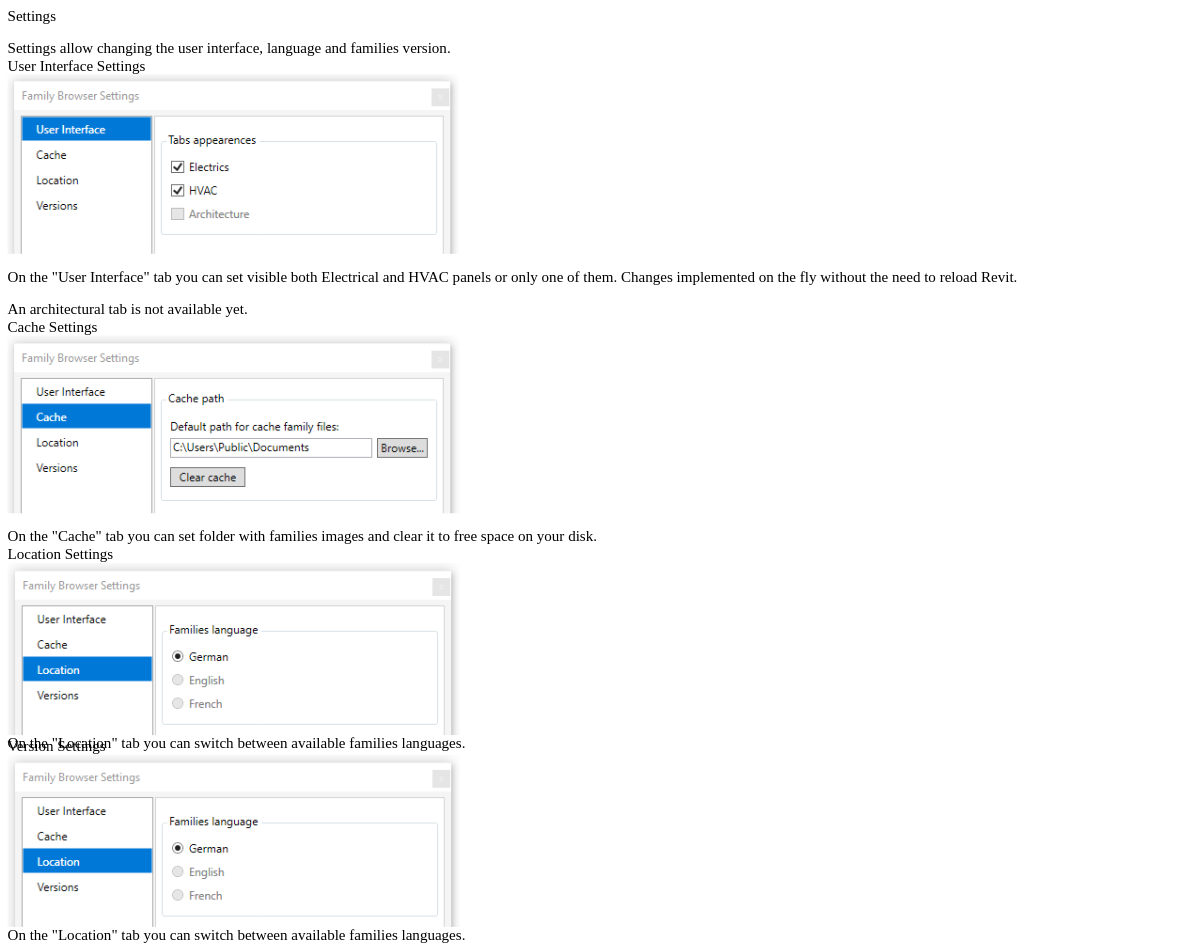
Repository: RomanLavrov/FamilyBrowserUserGuide
Page: http://localhost/FamilyBrowser/application/views/en/settings_view.php
An editor plug-in stored every save of this project. The page is shown before and after the next save, followed by the edit.
The browser window is 1280 px wide. The pictures show the whole page, at 94% of full size.
The page is run by PHP 8.4 with error messages shown; the project is at /var/www/html/.

Above is the page before, as saved 2019-10-23 16:01:46.

After the next save:
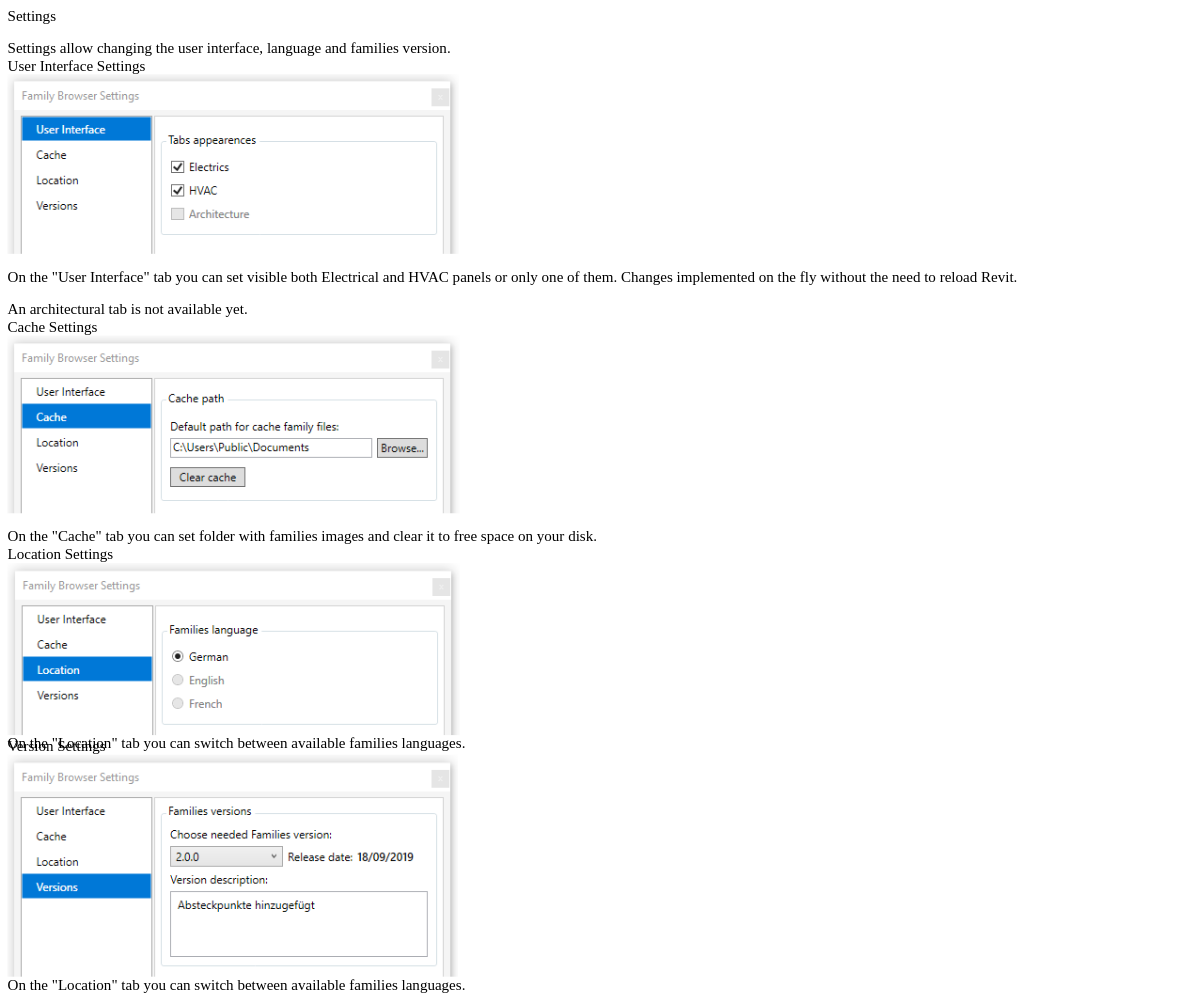
Saved 9 s later.
--- a/FamilyBrowser/application/views/en/settings_view.php
+++ b/FamilyBrowser/application/views/en/settings_view.php
@@ -50,7 +50,7 @@
 <div class="article-content" style="margin-bottom:-15px;">
       <div class="row">
             <div class="col-md-5" style="min-width:480px">
-                  <img style="margin-left:0" class="illustration" src="/FamilyBrowser/images/Tab_Language_en.png" alt="" />
+                  <img style="margin-left:0" class="illustration" src="/FamilyBrowser/images/Tab_Version_en.png" alt="" />
             </div>
             <div class="col-md-5">
                   On the "Location" tab you can switch between available families languages.
